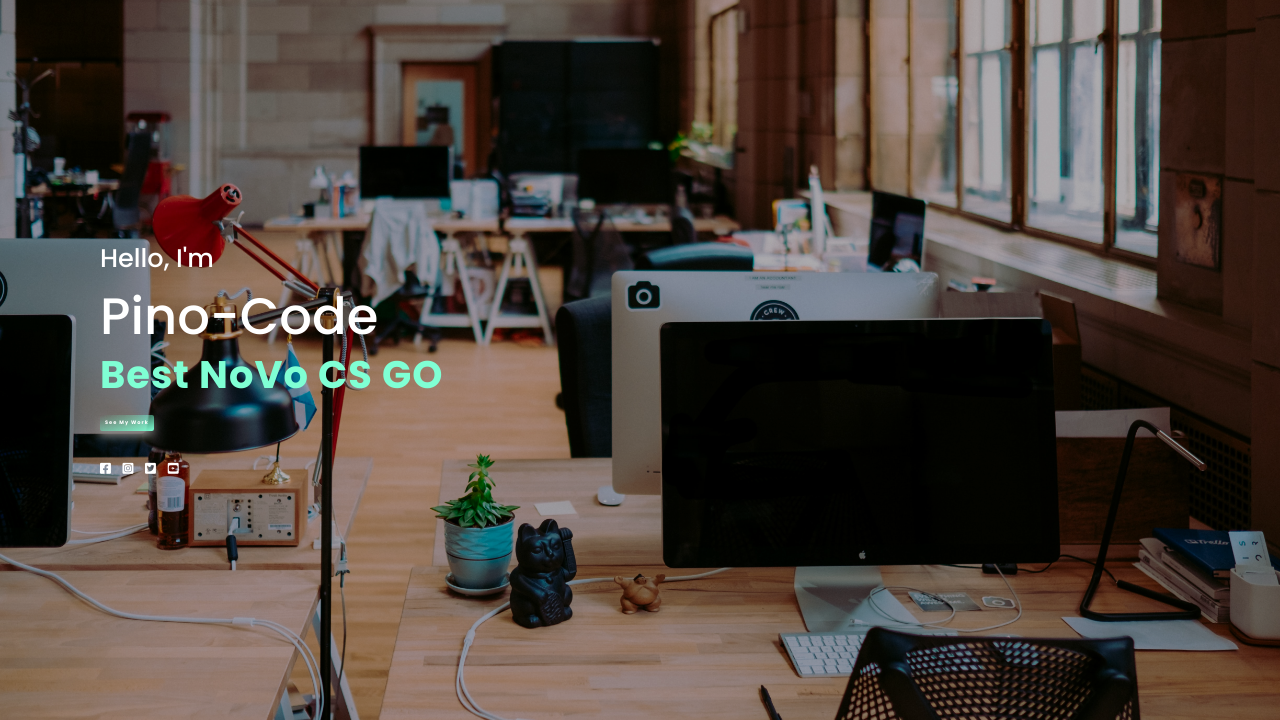
Repository: Pinocoding/New
Page: index.html
The author's editor kept a copy of each file at every save. The page is drawn from the files as they stood at one save, then again after the next save.
The browser window is 1280 px wide. The pictures show the whole page.
Backgrounds fixed to the window are drawn as part of the page.

Above is the page before, as saved 2021-10-11 22:54:34.

### index.html
<!DOCTYPE html>
<html lang="en">
<head>
  <meta charset="UTF-8">
  <meta http-equiv="X-UA-Compatible" content="IE=edge">
  <meta name="viewport" content="width=device-width, initial-scale=1.0">
  <title>Document</title>
  <link rel="stylesheet" href="style.css">
  <link rel="stylesheet" href="https://cdnjs.cloudflare.com/ajax/libs/font-awesome/6.0.0-beta2/css/all.min.css" integrity="sha512-YWzhKL2whUzgiheMoBFwW8CKV4qpHQAEuvilg9FAn5VJUDwKZZxkJNuGM4XkWuk94WCrrwslk8yWNGmY1EduTA==" crossorigin="anonymous" referrerpolicy="no-referrer" />


</head>
<body>
  <header>
    <a href="#" class="brand"></a>
  </header>
  <section class="main">
    <div class="layout"></div>
    <div class="content">
    <h2>hello, I'm<br><span>Pino-code</span></h2>
    <div class="animated-text">
      <h3>FE developer</h3>
      <h3>Best Yasuo TT 7</h3>
      <h3>Best NoVo CS GO</h3>
    </div>
    <a href="#" class="btn">see my work</a>
    <div class="media-icon">
      <a href="#"><i class="fab fa-facebook-square"></i></a>
      <a href="#"><i class="fab fa-instagram-square"></i></a>
      <a href="#"><i class="fab fa-twitter-square"></i></a>
      <a href="#"><i class="fab fa-youtube-square"></i></a>
    </div>
  </div>


  </section>
  <script src="function.js"></script>
</body>
</html>

### style.css
@import url("https://fonts.googleapis.com/css2?family=Poppins:wght@300;400;500;700;800&display=swap");
* {
  font-size: 62.5%;
  font-family: "Poppins", sans-serif;
  margin: 0;
  padding: 0;
  box-sizing: border-box;
  text-transform: capitalize;
}
section {
  padding: 5rem 10rem;
}
.main {
  position: relative;
  width: 100%;
  min-height: 100vh;
  display: flex;
  align-items: center;
  background: url("/img/01.jpg") no-repeat;
  background-size: cover;
  background-position: center;
  background-attachment: fixed;
  z-index: 1;
}
.main .layout {
  position: absolute;
  top: 0;
  left: 0;
  width: 100%;
  height: 100%;
  background: black;
  opacity: 0.3;
  z-index: -1;
}
.main .content {
  max-width: 100rem;
}
.main .content h2 {
  color: white;
  font-size: 2vw;
  font-weight: 500;
}
.main .content h2 span {
  font-size: 4vw;
}

.animated-text {
  position: relative;
  height: 4rem;
  overflow: hidden;
}
.animated-text h3 {
  color: aquamarine;
  font-size: 3vw;
  font-weight: 700;
  line-height: 40px;
  letter-spacing: 1px;
}
/* animated text for h3 */
.animated-text h3:nth-child(1) {
  animation: text-move 10s infinite;
}
@keyframes text-move {
  0% {
    margin-top: 0;
  }
  25% {
    margin-top: -40px;
  }
  50% {
    margin-top: -80px;
  }
  100% {
    margin-top: 0;
  }
}
/*  */
.btn {
  margin-top: 2rem;
  color: white;
  background: linear-gradient(to top left, aquamarine, transparent);
  font-size: 5px;
  font-weight: 700;
  display: inline-block;
  padding: 4px 5px;
  text-decoration: uppercase;
  text-decoration: none;
  letter-spacing: 1px;
  border-radius: 2px;
  box-shadow: -1px 5px 10px #888888;
  transition: 0.5s ease;
}
.btn:hover {
  transform: scale(1.1);
}

.media-icon {
  margin-top: 2rem;
}
.media-icon a {
  color: white;
  font-size: 2rem;
  margin-right: 1rem;
  transition-property: transform, color;
  transition: 0.2s;
}
.media-icon a:hover i {
  color: aquamarine;
  transform: translateY(-2px);
  transition: 0.2s;
}

Loaded but not shown: function.js (no copy from this time; the picture is the same without it)

After the next save:
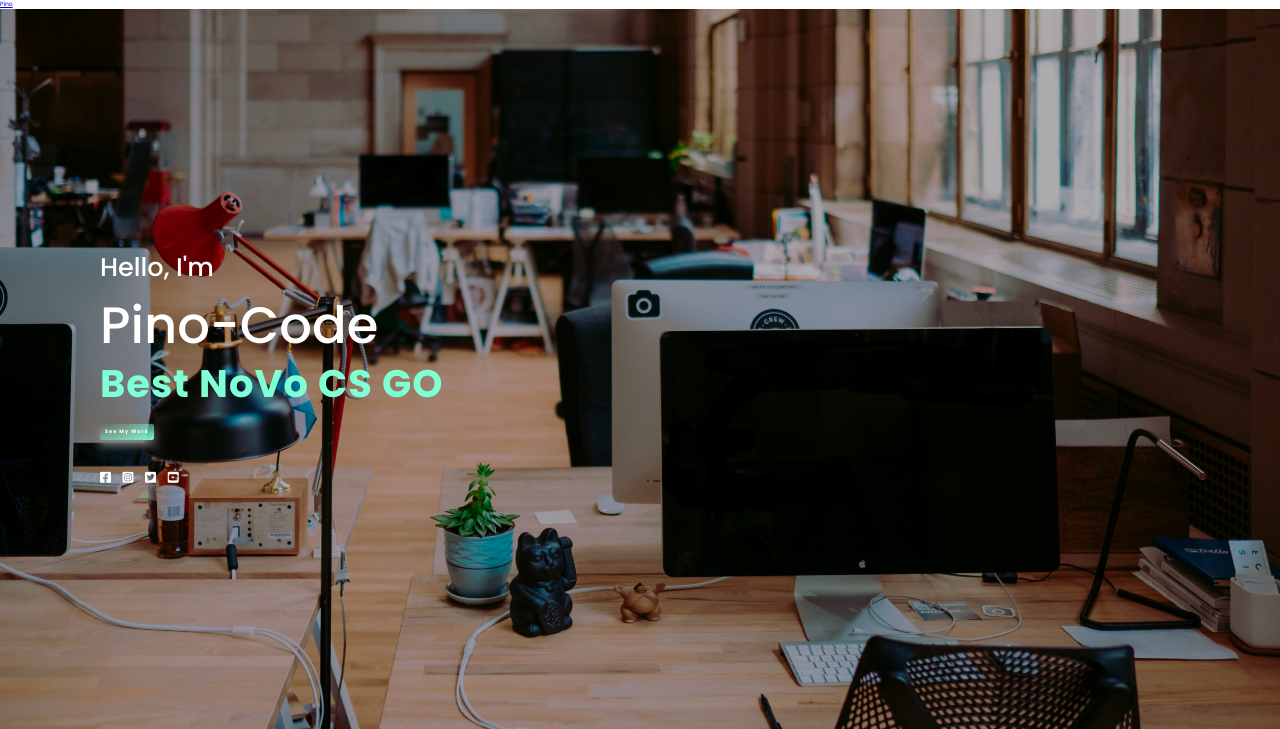
Saved 8 s later.
--- a/index.html
+++ b/index.html
@@ -12,7 +12,7 @@
 </head>
 <body>
   <header>
-    <a href="#" class="brand"></a>
+    <a href="#" class="brand">Pino</a>
   </header>
   <section class="main">
     <div class="layout"></div>
